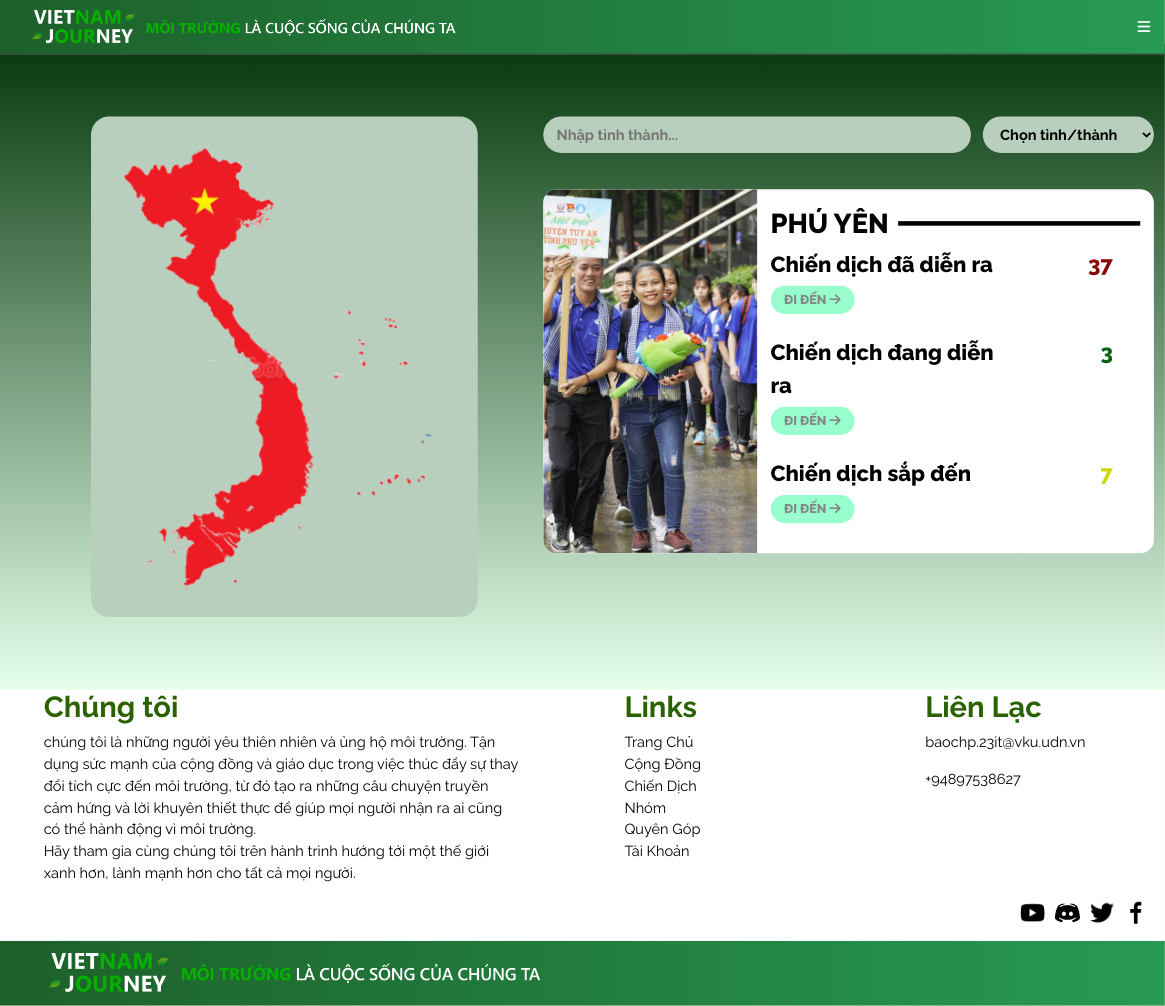
Repository: Boima12/Boima12.github.io_VietnamJourney
Page: HTML/ChienDich/ChienDich.html
These files come from the project's save history. The page is drawn as it stood at one moment and after the next save; the edit follows.
The browser window is 1280 px wide. The pictures show the whole page, at 91% of full size.

Above is the page before, as saved 2024-05-25 08:33:25.

### HTML/ChienDich/ChienDich.html
<!DOCTYPE html>
<HTML lang="en">

<HEAD>
    <TITLE>Chiến Dịch</TITLE>
    <meta charset="UTF-8">
    <meta name="viewport" content="width=device-width, initial-scale=1.0">

    <!-- Favicon -->
    <link rel="icon" type="image/x-icon" href="../../Images/yo.ico">

    <!--Bootstrap 5-->
    <link href="https://cdn.jsdelivr.net/npm/bootstrap@5.3.3/dist/css/bootstrap.min.css" rel="stylesheet">
    <script src="https://cdn.jsdelivr.net/npm/bootstrap@5.3.3/dist/js/bootstrap.bundle.min.js"></script>
    <!-- <link rel="stylesheet" href="https://cdn.jsdelivr.net/npm/bootstrap@4.6.2/dist/css/bootstrap.min.css" integrity="sha384-xOolHFLEh07PJGoPkLv1IbcEPTNtaed2xpHsD9ESMhqIYd0nLMwNLD69Npy4HI+N" crossorigin="anonymous"> -->
    <!-- Font Awesome -->
    <link rel="stylesheet" href="https://cdnjs.cloudflare.com/ajax/libs/font-awesome/6.5.1/css/all.min.css">

    <!-- CSS -->
    <link rel="stylesheet" href="ChienDich.css">
</HEAD>



<BODY style="background-color: #FFF4E6;">

    <!-- header là Navigation bar -->
    <header id="header1">
        <div class="logo">
            <img class="logo1" src="../../Images/header1.png" onclick="navToIntro()" style="height: 40px;">
            <img class="logo2" src="../../Images/header2.png" onclick="navToIntro()">
        </div>

        <div class="links">
            <nav>
                <a href="../TrangChu/TrangChu.html">TRANG CHỦ</a>
                <a href="../CongDong/CongDong.html">CỘNG ĐỒNG</a>
                <a href="../ChienDich/ChienDich.html">CHIẾN DỊCH</a>
                <a href="../Nhom/Nhom.html">NHÓM</a>
                <a href="../QuyenGop/QuyenGop.html">QUYÊN GÓP</a>
                <a href="../TaiKhoan/TaiKhoan.html">TÀI KHOẢN</a>
            </nav>
        </div>

        <div class="bar" onclick="MenuBar()">
            <i class="fa-solid fa-bars"></i>
        </div>

        <div id="overlay"></div>

        <div id="sidebar">
            <div class="sidebar-content">

                <div style="color: aliceblue;text-align: right;margin-top:0;" onclick="CloseBar()"><i
                        class="fa-solid fa-bars"></i></div>

                <!-- <p>VỀ CHÚNG TÔI <i class="fa-regular fa-address-card"></i></p> -->
                <a href="../TrangChu/TrangChu.html">TRANG CHỦ <i class="fa-solid fa-house"></i></a>
                <a href="../CongDong/CongDong.html">CỘNG ĐỒNG <i class="fa-solid fa-earth-americas"></i></a>
                <a href="../ChienDich/ChienDich.html">CHIẾN DỊCH <i class="fa-solid fa-fire"></i></a>
                <a href="../Nhom/Nhom.html">NHÓM <i class="fa-solid fa-people-group"></i></a>
                <a href="../QuyenGop/QuyenGop.html">QUYÊN GÓP <i class="fa-solid fa-hand-holding-dollar"></i></a>
                <a href="../TaiKhoan/TaiKhoan.html">TÀI KHOẢN <i class="fa-solid fa-user"></i></a>
            </div>

        </div>

    </header>
    <div style="height: 3rem;"></div> <!-- Cách một khoảng cho navigation bar -->















<!-- LÀM Ở ĐÂY -->
    <div class="section-one">
        <div class="container">
            <div class="row">
                <div class="col-xl-5  col-lg-5 col-md-12 col-sm-12 col-12">
                    <div class="map">
                        <img src="./images/bando.png" alt="bản đồ việt nam">
                    </div>
                </div>
                <div class="col-xl-7 col-lg-7 col-md-12 col-sm-12 col-12">
                    <div class="right">
                        <div class="search">
                            <input type="search" class="inner-search" placeholder="Nhập tỉnh thành...">
                            <select id="province" name="province" required>
                                <option value="" selected disabled>Chọn tỉnh/thành</option>
                            </select>
                        </div>
                        <div class="content">
                            <img src="./images/anh1.jpg" alt="">
                            <div class="inner-content">
                                <div class="inner-title">
                                    <div class="inner-text">PHÚ YÊN</div>
                                    <div class="inner-line"></div>
                                </div>
                                <div class="part">
                                    <div class="inner-content">
                                        <div class="inner-title">Chiến dịch đã diễn ra</div>
                                        <div class="inner-button">ĐI ĐẾN <i class="fa-solid fa-arrow-right"></i></div>
                                    </div>
                                    <div class="inner-count red">37</div>
                                </div>
                                <div class="part">
                                    <div class="inner-content">
                                        <div class="inner-title">Chiến dịch đang diễn ra</div>
                                        <div class="inner-button">ĐI ĐẾN <i class="fa-solid fa-arrow-right"></i></div>
                                    </div>
                                    <div class="inner-count green">3</div>
                                </div>
                                <div class="part">
                                    <div class="inner-content">
                                        <div class="inner-title">Chiến dịch sắp đến</div>
                                        <div class="inner-button">ĐI ĐẾN <i class="fa-solid fa-arrow-right"></i></div>
                                    </div>
                                    <div class="inner-count yellow">7</div>
                                </div>
                            </div>
                        </div>
                    </div>
                </div>
            </div>
        </div>
    </div>















    <footer>
        <div class="up">
            <div id="about">
                <h2>Chúng tôi</h2>
                <p>chúng tôi là những người yêu thiên nhiên và ủng hộ môi trường. Tận dụng sức mạnh của cộng đồng và giáo dục trong việc thúc đẩy sự thay đổi tích cực đến môi trường, từ đó tạo ra những câu chuyện truyền cảm hứng và lời khuyên thiết thực để giúp mọi người nhận ra ai cũng có thể hành động vì môi trường.<br>
                    Hãy tham gia cùng chúng tôi trên hành trình hướng tới một thế giới xanh hơn, lành mạnh hơn cho tất cả mọi người.
                </p>
            </div>

            <div id="quickLinks">
                <h2>Links</h2>
                <a href="../../HTML/TrangChu/TrangChu.html">Trang Chủ</a>
                <a href="../../HTML/CongDong/CongDong.html">Cộng Đồng</a>
                <a href="../../HTML/ChienDich/ChienDich.html">Chiến Dịch</a>
                <a href="../../HTML/Nhom/Nhom.html">Nhóm</a>
                <a href="../../HTML/QuyenGop/QuyenGop.html">Quyên Góp</a>
                <a href="../../HTML/TaiKhoan/TaiKhoan.html">Tài Khoản</a>
            </div>

            <div id="contacts">
                <h2>Liên Lạc</h2>
                <p>baochp.23it@vku.udn.vn</p>
                <p>+94897538627</p>
            </div>
        </div>


        <div class="mid">
            <a href="https://www.youtube.com/channel/UC1cpkfqLNp6I1HgNy2MUhUg"><img src="../../Images/youtube_icon.png"></a>
            <a href="https://discord.com/invite/45fkbZcj"><img src="../../Images/discord_icon.png"></a>
            <a href="https://x.com/dog_rates"><img src="../../Images/twitter_icon.png"></a>
            <a href="https://web.facebook.com/vku.udn.vn/?_rdc=1&_rdr"><img src="../../Images/facebook_icon.png"></a>
        </div>


        <div class="bot">
            <img class="logo1" src="../../Images/header1.png">
            <img class="logo2" src="../../Images/header2.png">
        </div>
    </footer>


    <!-- JavaScript -->
    <script src="../../Script/ChienDich.js"></script>
    <noscript>Your Browser doesn't support JavaScript</noscript>

</BODY>

</HTML>

### HTML/ChienDich/ChienDich.css
/* IMPORTING */
@font-face {
    font-family: Raleway;
    src: url("../../Fonts/Raleway-VariableFont_wght.ttf");
}

/* END IMPORTING */

/*BASE*/
* {
    box-sizing: border-box;
}

:root {
    --color-bg: #05390C;
    --color-green: #00FF0A;
    --color-text: #000000;
    --color-desc: #868686;
  }

body {
    color: var(--color-text);
}

.container {
    max-width: 100%;
    padding-left: 100px;
}

/*BASE*/

/* Loại bỏ margin - padding global */
* {
    margin: 0px;
    padding: 0px;
}


/* global font */
* {
    font-family: Raleway;
}



/* NAVIGATION BAR */
header {
    display: flex;
    align-items: center;
    justify-content: space-between;
    position: fixed;
    width: 100%;
    height: 60px;
    border-bottom: 1.5px solid rgb(97, 94, 94);
    background: linear-gradient(to right, rgb(29, 96, 42), rgb(39, 154, 83));
    z-index: 999;
}


header div.logo img {
    width: auto;
    height: 2.9rem;
    /* margin-left: 3rem; */
}

header div.logo img.logo1 {
    display: block;
    padding-left: 10px;
    margin: 20px;
}

header div.logo img.logo2 {
    display: none;
}


header div.links nav {
    display: flex;
    justify-content: space-around;
    width: 100%;
}


header div.links nav a {
    margin: 0;
    padding: 0 1rem;

    cursor: pointer;

    text-decoration: none;
    color: white;
    font-size: 16px;
    font-weight: 600;
}


header div.links nav a:hover {
    color: #b8e994;
}


header div.bar {
    display: none;
    margin-right: 1rem;

    color: aliceblue;
    text-align: right;
}


header #overlay {
    display: none;
    position: fixed;

    top: 0;
    left: 0;
    width: 100%;
    height: 100%;

    background-color: rgba(0, 0, 0, 0.8);

    z-index: 9999;
}


header #sidebar {
    display: flex;
    justify-content: flex-end;
    float: right;

    position: fixed;

    top: 0;
    right: -20%;
    width: 20%;
    height: 100%;
    border: none;
    overflow: hidden;

    background: linear-gradient(to top, rgb(37, 79, 46), rgb(53, 189, 105));

    transition: right 0.3s ease-in-out;
    z-index: 10000;

}


header #sidebar.open {
    right: 0;
}


header #sidebar div.sidebar-content {
    display: flex;
    flex-direction: column;
    overflow-y: auto;
    overflow-x: hidden;
    padding: 1.5rem;
    width: 100%;
}


header #sidebar div.sidebar-content a {
    text-align: right;
    text-decoration: none;
    font-size: 1.2rem;

    color: aliceblue;
    margin-top: 1.5rem;

    margin-right: 0;
}


header #sidebar div.sidebar-content a:hover {
    color: #b8e994;
}


header #sidebar div.sidebar-content i {
    font-size: smaller;
}

/* END NAVIGATION BAR */

/* SECTION-ONE */
.section-one {
    background-image: linear-gradient(to bottom, #05390C, #E5FFEB);
    padding-top: 80px;
    padding-bottom: 80px;
}

.map {
    width: 90%;
    position: relative;
    border-radius: 20px;
    max-width: 100%;
    overflow: hidden;
    height: 550px;
    object-fit: cover;
    background-color: #b9cfbe ;
}

.map img {
    width: 100%;
    height: 100%;
}

.right {
    height: 500px;
}

.right .search {
    height: 40px;
    margin-bottom: 40px;
    display: flex;
    justify-content: space-between;
}

.right .search .inner-search {
    background-color: #B9CFBE;
    height: 100%;
    width: 70%;
    border-radius: 40px;
    border: none;
    padding: 5px 15px 5px 15px;
    font-size: 16px;
    font-weight: 700;
}

.right .search #province {
    background-color: #B9CFBE;
    height: 100%;
    width: 28%;
    border-radius: 40px;
    border: none;
    padding: 5px 15px 5px 15px;
    font-size: 16px;
    font-weight: 700;
}

.right .content {
    display: flex;
    border-radius: 15px;
    overflow: hidden;
    height: 400px;
    background-color: white;
}

.right .content img {
    width: 35%;
    height: auto;
    object-fit: cover;
}

.right .content .inner-content {
    width: 65%;
    padding: 15px;
}

.right .content .inner-content .inner-title {
    width: 100%;
    font-size: 30px;
    font-weight: 800;
    display: flex;
    align-items: center;
    margin-bottom: 5px;
}

.right .content .inner-content .inner-title .inner-text {
    display: inline-block;
}

.right .content .inner-content .inner-title .inner-line {
    flex-grow: 1;
    position: relative;
    height: 5px;
    background-color: #000000;
    line-height: 100%;
    margin-left: 10px;
}

.right .content .inner-content .part {
    width: 100%;
    display: flex;
    justify-content: space-between;
    margin-bottom: 25px;
}

.right .content .inner-content .part .inner-content {
    padding: 0;
}

.right .content .inner-content .part .inner-content .inner-title{
    font-size: 24px;
}

.right .content .inner-content .part .inner-content .inner-button {
    font-size: 14px;
    font-weight: 800;
    color: var(--color-desc);
    background-color: #98FECD;
    display: inline-block;
    padding: 5px 15px 5px 15px;
    border-radius: 20px;
}

.right .content .inner-content .part .inner-count {
    font-size: 24px;
    font-weight: 800;
    text-align: center;
    margin-right: 30px;
}

.right .content .inner-content .part .red {
    color: #880707;
}

.right .content .inner-content .part .green {
    color: #086214;
}

.right .content .inner-content .part .yellow {
    color: #c9d705;
}

/* END SECTION-ONE */











































/* Code CSS ở đây */






































/* FOOTER */
footer div.up {
    display: flex;
    justify-content: space-around;
    gap: 1.2rem;
    width: 100%;

    background-color: white;

}


footer div.up h2 {
    font-weight: bold;
    color: #2B6200;
}


footer div.up #about {
    display: flex;
    flex-direction: column;
    justify-content: flex-start;

    width: 50%;
    padding-left: 3rem;
    padding-right: 3rem;
}


footer div.up #quickLinks {
    display: flex;
    flex-direction: column;
    justify-content: flex-start;

    width: 25%;
    padding-left: 3rem;
    padding-right: 3rem;
}


footer div.up #quickLinks a {
    text-decoration: none;
    color: black;
}


footer div.up #contacts {
    display: flex;
    flex-direction: column;
    justify-content: flex-start;

    width: 25%;
    padding-left: 3rem;
    padding-right: 3rem;
}


footer div.mid {
    display: flex;
    justify-content: flex-end;
    gap: 0.5rem;

    width: 100%;
    padding-right: 1rem;
    padding-bottom: 1rem;
    background-color: white;
}


footer div.mid a img {
    width: 30px;
    height: 30px;
}


footer div.bot {
    display: flex;
    justify-content: flex-start;

    padding-left: 3rem;
    padding-top: 0.75rem;
    padding-bottom: 0.75rem;
    width: 100%;

    background: linear-gradient(to right, rgb(29, 96, 42), rgb(39, 154, 83));
}


footer div.bot img {
    width: auto;
    height: 2.9rem;
}


footer div.bot img.logo1 {
    display: block;
}


footer div.bot img.logo2 {
    display: none;
}


/* END FOOTER */













/* RESPONSIVE DESIGN */
@media (max-width: 1380px) {
    header div.links nav a {
        display: none;
    }

    header div.bar  {
        display: block;
    }

    header #sidebar {
        right: -30%;
        width: 30%;
    }
}


@media (max-width: 950px) {
    footer div.up {
        flex-direction: column;
    }

    footer div.up #about {
        width: 100%;
    }

    footer div.up #quickLinks {
        width: 100%;
    }

    footer div.up #contacts {
        width: 100%;
    }
}


@media (max-width: 630px) {
    header {
        height: 3.5rem;
    }

    header div.logo img.logo1 {
        display: none;
    }

    header div.logo img.logo2 {
        display: block;
    }

    header div.logo img {
        width: auto;
        height: 3.5rem;
        margin-left: 14rem;
    }

    header #sidebar {
        right: -50%;
        width: 50%;
    }

    footer div.bot {
        justify-content: center;
        padding-left: 0rem;
    }

    footer div.bot img {
        height: 3.5rem;
    }

    footer div.bot img.logo1 {
        display: none;
    }

    footer div.bot img.logo2 {
        display: block;
    }
}


@media (max-width: 560px) {
    header div.logo img {
        margin-left: 8rem;
    }

    header #sidebar {
        right: -60%;
        width: 60%;
    }
}


@media (max-width: 320px) {
    header div.logo img {
        margin-left: 5rem;
    }
}

/* END RESPONSIVE DESIGN */

### Script/ChienDich.js
// header menu bar
const overlay = document.getElementById('overlay');
const sidebar = document.getElementById('sidebar');

function MenuBar() {
    overlay.style.display = 'block';
    sidebar.classList.add('open');
}

function CloseBar() {
    overlay.style.display = 'none';
    sidebar.classList.remove('open');
}


// back to intro when click the logo
function navToIntro() {
    window.location.href = '../../index.html';
}


// navigation bar background transparency
// const header = document.getElementById('header1');
// function toggle_header() {
//     if (window.screenY == 0) {
//         header.style.background = 'linear-gradient(to right, rgba(29, 96, 42, 0), rgba(39, 154, 83, 0))';
//     } else if (window.screenY < 210) {
//         header.style.background = 'linear-gradient(to right, rgba(29, 96, 42, ' + parseInt(window.scrollY)*2 / 300 + '), rgba(39, 154, 83, ' + parseInt(window.scrollY)*2 / 300 + '))';
//     } else {
//         header.style.background = 'linear-gradient(to right, rgba(29, 96, 42, 0.7), rgba(39, 154, 83, 0.7))';
//     }
// }

// window.addEventListener('scroll', toggle_header);


const provinces = [
    "An Giang", "Bà Rịa - Vũng Tàu", "Bắc Giang", "Bắc Kạn", "Bạc Liêu",
    "Bắc Ninh", "Bến Tre", "Bình Định", "Bình Dương", "Bình Phước",
    "Bình Thuận", "Cà Mau", "Cần Thơ", "Cao Bằng", "Đà Nẵng",
    "Đắk Lắk", "Đắk Nông", "Điện Biên", "Đồng Nai", "Đồng Tháp",
    "Gia Lai", "Hà Giang", "Hà Nam", "Hà Nội", "Hà Tĩnh",
    "Hải Dương", "Hải Phòng", "Hậu Giang", "Hòa Bình", "Hưng Yên",
    "Khánh Hòa", "Kiên Giang", "Kon Tum", "Lai Châu", "Lâm Đồng",
    "Lạng Sơn", "Lào Cai", "Long An", "Nam Định", "Nghệ An",
    "Ninh Bình", "Ninh Thuận", "Phú Thọ", "Phú Yên", "Quảng Bình",
    "Quảng Nam", "Quảng Ngãi", "Quảng Ninh", "Quảng Trị", "Sóc Trăng",
    "Sơn La", "Tây Ninh", "Thái Bình", "Thái Nguyên", "Thanh Hóa",
    "Thừa Thiên Huế", "Tiền Giang", "TP Hồ Chí Minh", "Trà Vinh",
    "Tuyên Quang", "Vĩnh Long", "Vĩnh Phúc", "Yên Bái"
];

const select = document.getElementById('province');

provinces.forEach(province => {
    const option = document.createElement('option');
    option.value = province;
    option.textContent = province;
    select.appendChild(option);
});

After the next save:
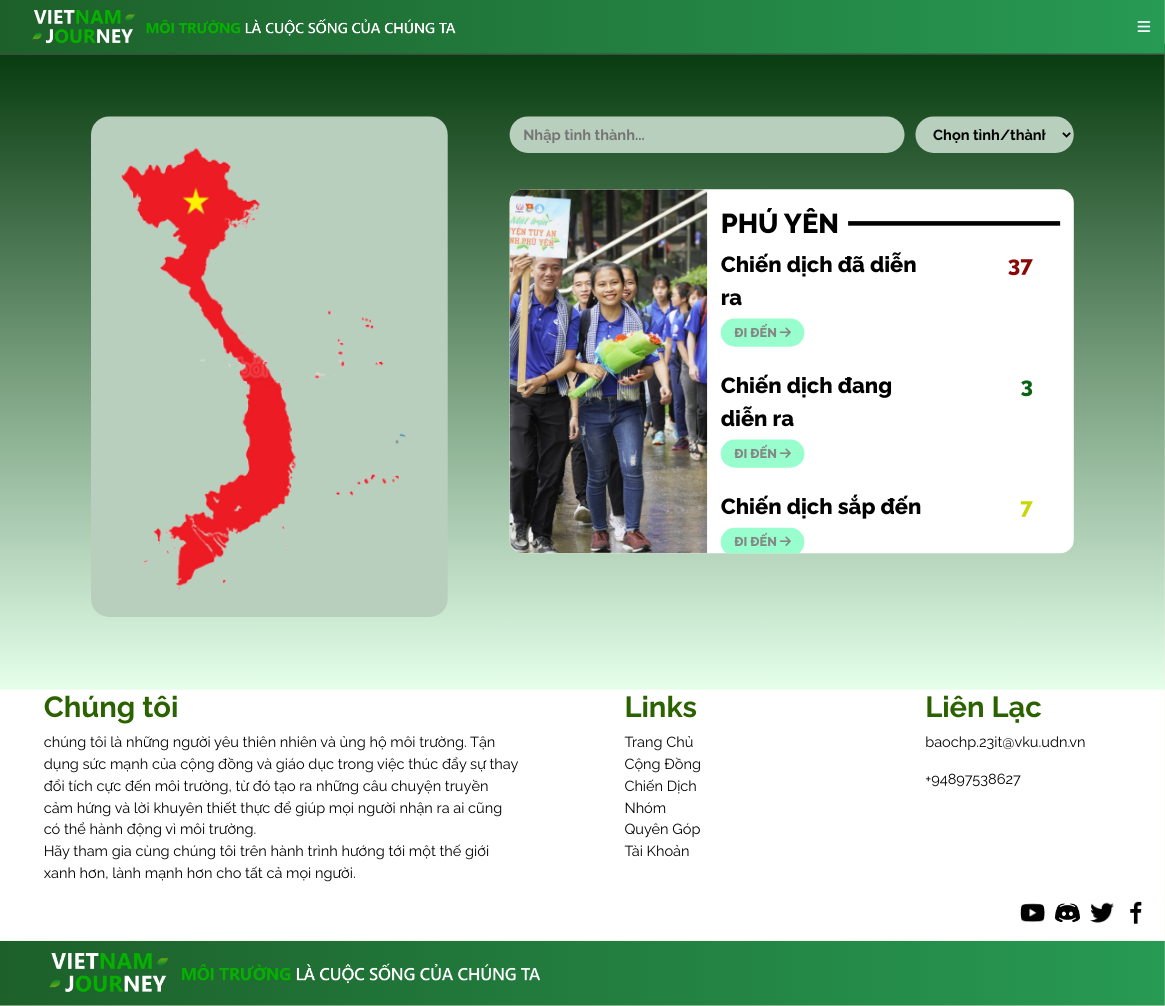
Saved 10 s later.
--- a/HTML/ChienDich/ChienDich.css
+++ b/HTML/ChienDich/ChienDich.css
@@ -25,6 +25,7 @@ body {
 .container {
     max-width: 100%;
     padding-left: 100px;
+    padding-right: 100px;
 }
 
 /*BASE*/
